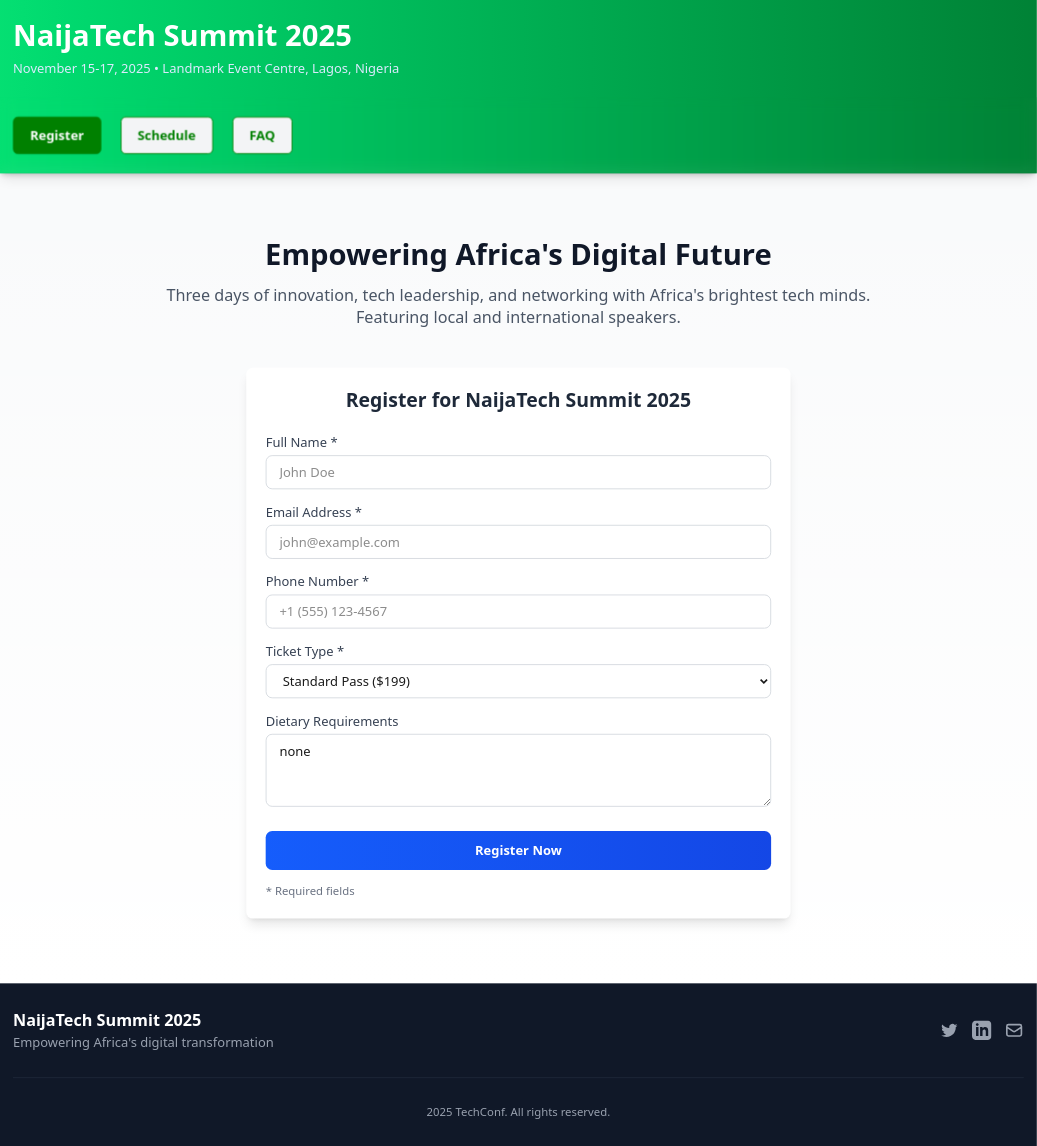
Repository: AYANO-EMMANUEL/fictional-tech-conf-event
Page: /
The author's editor kept a copy of each file at every save. The page is drawn from the files as they stood at one save, then again after the next save.
The browser window is 1280 px wide. The pictures show the whole page, at 81% of full size.
The project was rebuilt for these pictures with package versions that can differ from the ones it lists, and the page was loaded fresh each time. Also part of the build but not shown: vite.config.ts, src/components/Schedule/Schedule.tsx, src/components/FAQ/FAQ.tsx.

Above is the page before, as saved 2025-08-02 11:07:03.

After the next save:
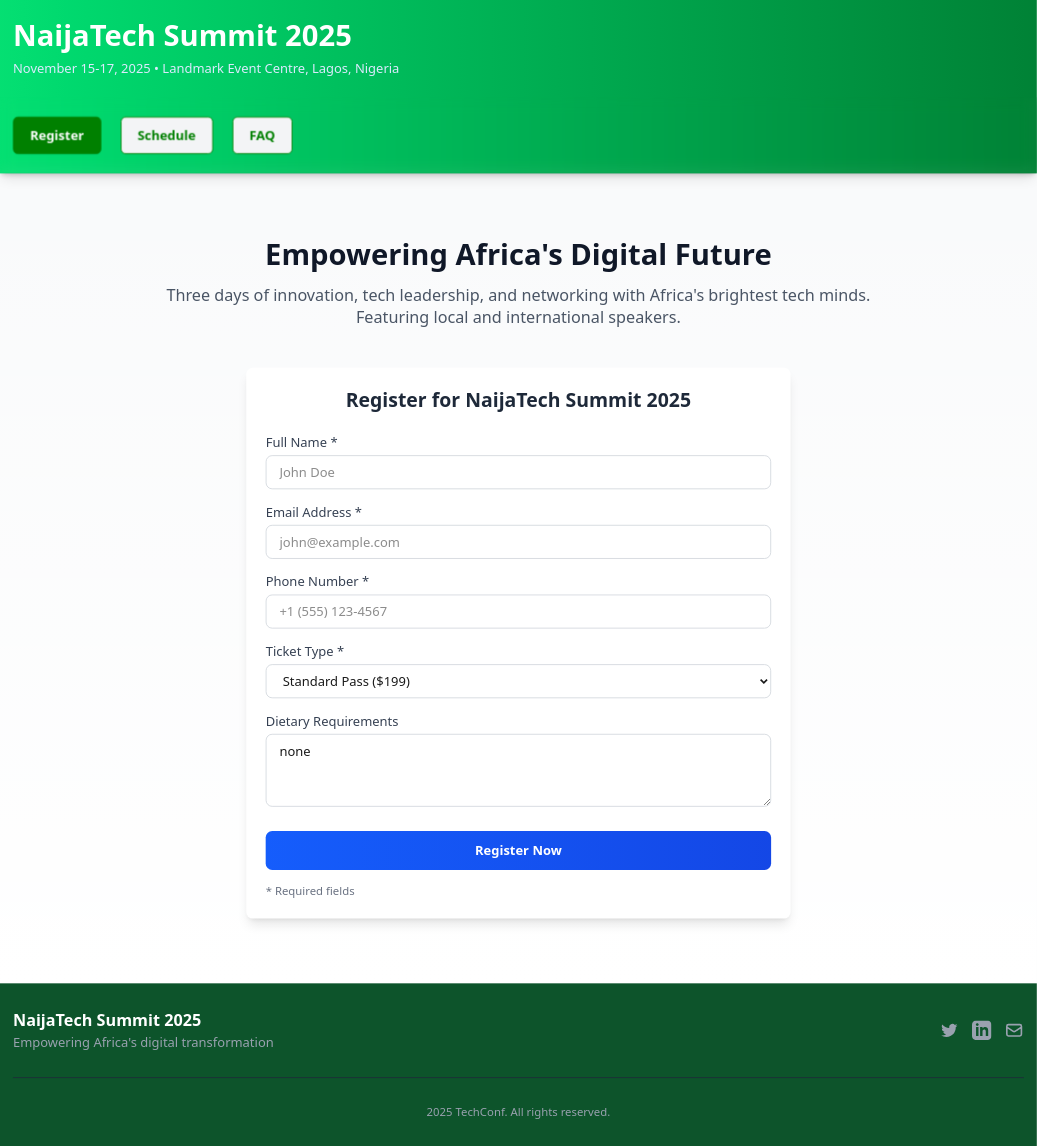
Saved 50 s later.
--- a/src/App.tsx
+++ b/src/App.tsx
@@ -84,7 +84,7 @@ function App() {
       )}
 
       {/* Footer */}
-      <footer className="bg-gray-900 text-white py-8">
+      <footer className="bg-green-900 text-white py-8">
         <div className="container mx-auto px-4">
           <div className="flex flex-col md:flex-row justify-between items-center">
             <div className="mb-4 md:mb-0">
